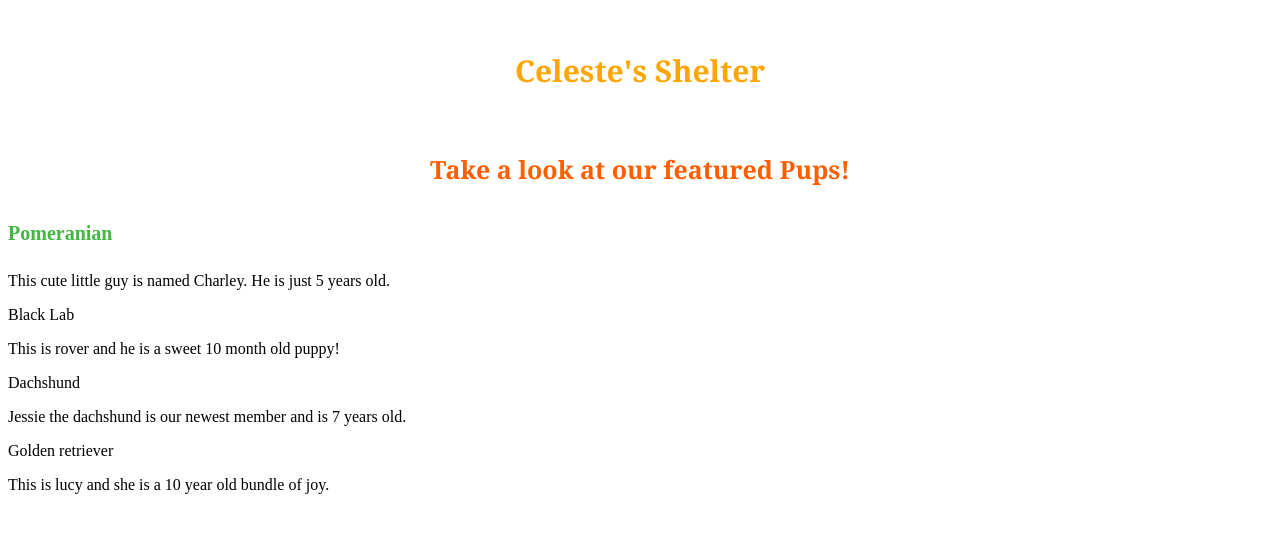
Repository: fieldceleste/animal-shelter
Page: animal-shelter.html
An editor plug-in stored every save of this project. The page is shown before and after the next save, followed by the edit.
The browser window is 1280 px wide. The pictures show the whole page.

Above is the page before, as saved 2019-10-30 18:24:21.

### animal-shelter.html
<!DOCTYPE html>
  <html>
   <head>
  <link href="css/styles.css" rel="stylesheet" type="text/css">
  <title>Celeste's Animal Shelter</title>
</head>
<body>
    <h1>Celeste's Shelter</h1>
<h2>Take a look at our featured Pups!</h2>

<div class="column">
<h4>Pomeranian</h4>
 <p>This cute little guy is named Charley. He is just 5 years old. </p>
</div>

<div class="column">
<p>Black Lab</p>
<p>This is rover and he is a sweet 10 month old puppy!</p>
</div>

<p>Dachshund</p>
<p>Jessie the dachshund is our newest member and is 7 years old.</p>

<p>Golden retriever</p>
<p>This is lucy and she is a 10 year old bundle of joy.</p>
</div>


</body>






</html>

### css/styles.css

h1{
    font-family: Georgia, 'Times New Roman', Times, serif;
    font-size: 30px;
    color: orange;
    padding: 30px;
    text-align: center;
}
h2{
    font-family: Georgia, 'Times New Roman', Times, serif;
    font-size: 25px;
    color: rgb(255, 94, 0);
    padding: 10px;
    text-align: center;
}
h4{
     color: rgb(67, 182, 67);
     font-size: 20px;
     text-align: left;

}
}
 .column{
    float:left;
    width:250px;


}

After the next save:
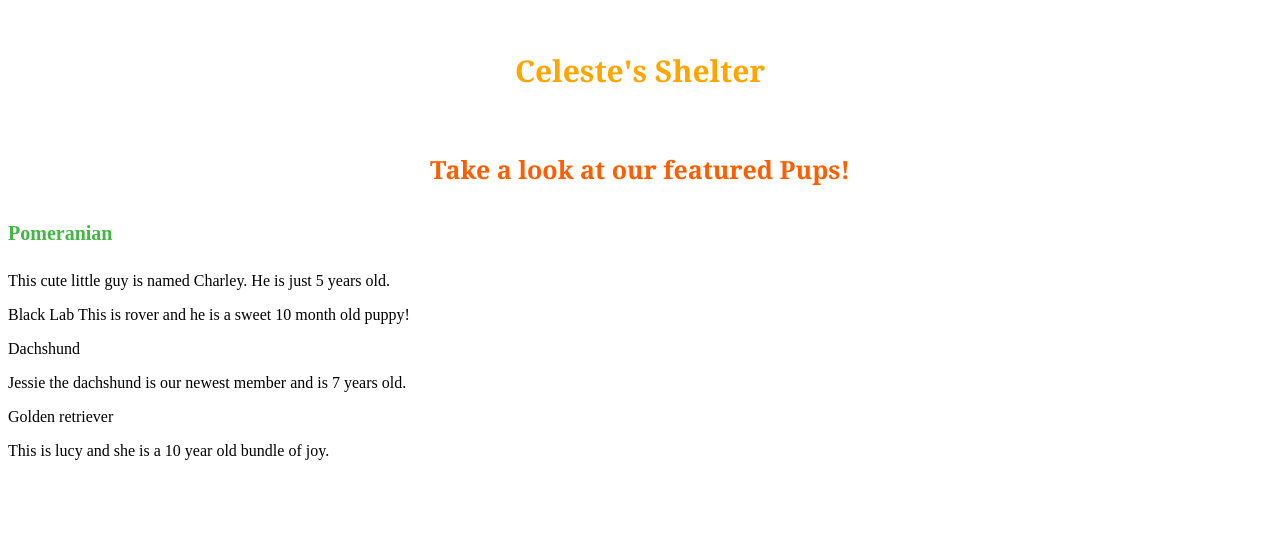
Saved 35 s later.
--- a/animal-shelter.html
+++ b/animal-shelter.html
@@ -14,8 +14,8 @@
 </div>
 
 <div class="column">
-<p>Black Lab</p>
-<p>This is rover and he is a sweet 10 month old puppy!</p>
+<p>Black Lab
+This is rover and he is a sweet 10 month old puppy!</p>
 </div>
 
 <p>Dachshund</p>
